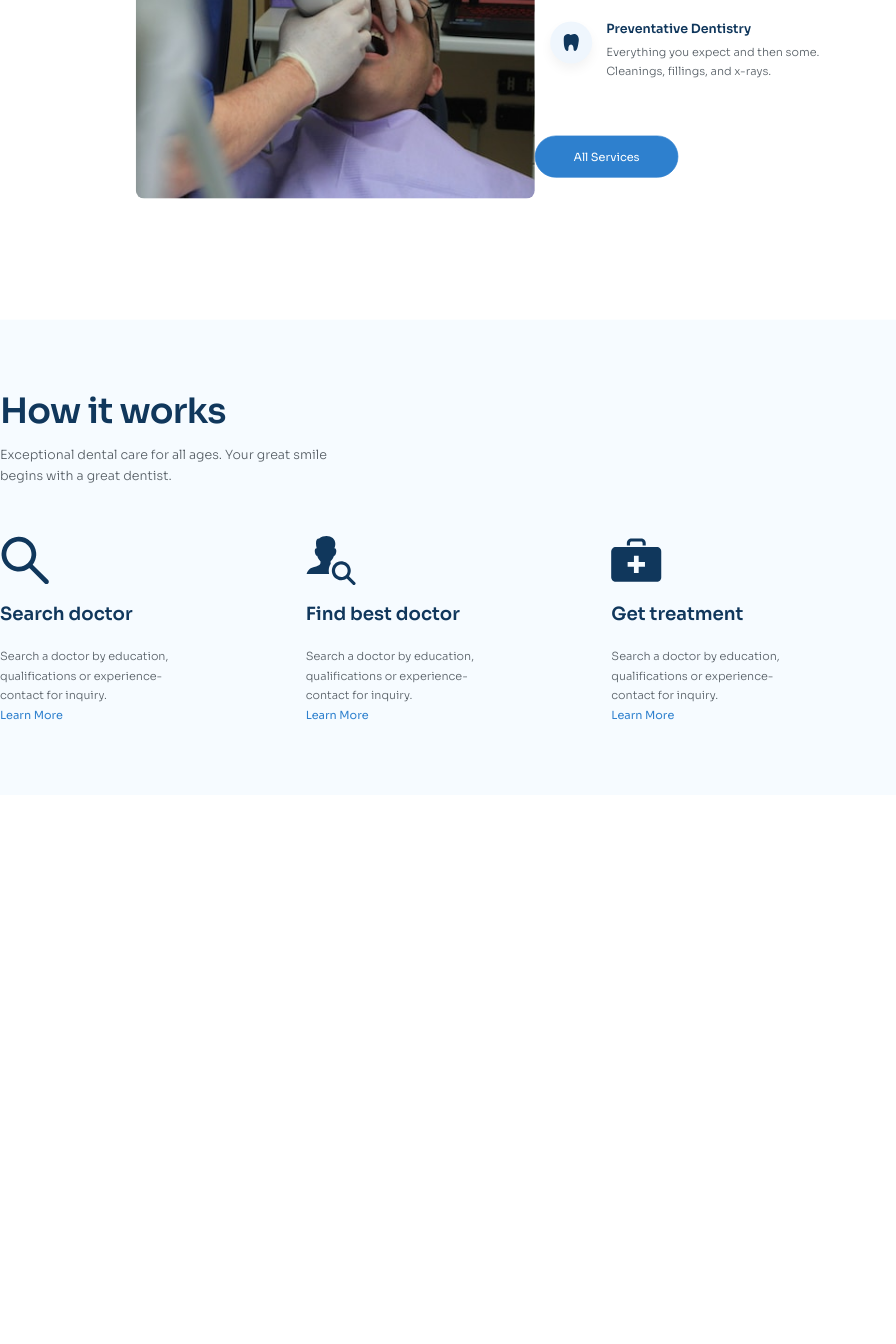
Repository: dongnguyen2112/htmlcss-project-03
Page: index.html
These files come from the project's save history. The page is drawn as it stood at one moment and after the next save; the edit follows.
The browser window is 1280 px wide. The pictures show the part of the page from y = 1384 to 3304 px (the page is 5720 px tall), at 70% of full size.

Above is the page before, as saved 2023-08-01 17:25:27.

### index.html
<!DOCTYPE html>
<html lang="en">
    <head>
        <meta charset="UTF-8" />
        <meta name="viewport" content="width=device-width, initial-scale=1.0" />
        <title>Shine Smile</title>
        <!-- Favicons -->
        <link
            rel="apple-touch-icon"
            sizes="57x57"
            href="./assets/favicon/apple-icon-57x57.png"
        />
        <link
            rel="apple-touch-icon"
            sizes="60x60"
            href="./assets/favicon/apple-icon-60x60.png"
        />
        <link
            rel="apple-touch-icon"
            sizes="72x72"
            href="./assets/favicon/apple-icon-72x72.png"
        />
        <link
            rel="apple-touch-icon"
            sizes="76x76"
            href="./assets/favicon/apple-icon-76x76.png"
        />
        <link
            rel="apple-touch-icon"
            sizes="114x114"
            href="./assets/favicon/apple-icon-114x114.png"
        />
        <link
            rel="apple-touch-icon"
            sizes="120x120"
            href="./assets/favicon/apple-icon-120x120.png"
        />
        <link
            rel="apple-touch-icon"
            sizes="144x144"
            href="./assets/favicon/apple-icon-144x144.png"
        />
        <link
            rel="apple-touch-icon"
            sizes="152x152"
            href="./assets/favicon/apple-icon-152x152.png"
        />
        <link
            rel="apple-touch-icon"
            sizes="180x180"
            href="./assets/favicon/apple-icon-180x180.png"
        />
        <link
            rel="icon"
            type="image/png"
            sizes="192x192"
            href="./assets/favicon/android-icon-192x192.png"
        />
        <link
            rel="icon"
            type="image/png"
            sizes="32x32"
            href="./assets/favicon/favicon-32x32.png"
        />
        <link
            rel="icon"
            type="image/png"
            sizes="96x96"
            href="./assets/favicon/favicon-96x96.png"
        />
        <link
            rel="icon"
            type="image/png"
            sizes="16x16"
            href="./assets/favicon/favicon-16x16.png"
        />
        <link rel="manifest" href="./assets/favicon/manifest.json" />
        <meta name="msapplication-TileColor" content="#ffffff" />
        <meta
            name="msapplication-TileImage"
            content="./assets/favicon/ms-icon-144x144.png"
        />
        <meta name="theme-color" content="#ffffff" />
        <!-- Font Sora -->
        <link rel="preconnect" href="https://fonts.googleapis.com" />
        <link rel="preconnect" href="https://fonts.gstatic.com" crossorigin />
        <link
            href="https://fonts.googleapis.com/css2?family=Sora:wght@300;400;500;600;700&display=swap"
            rel="stylesheet"
        />
        <!-- Reset CSS -->
        <link rel="stylesheet" href="./assets/css/reset.css" />
        <link rel="stylesheet" href="./assets/css/styles.css" />
    </head>
    <body>
        <header class="header">
            <div class="container">
                <!-- Header-top -->
                <div class="header-top">
                    <!-- Logo -->
                    <a href="/">
                        <div class="logo">
                            <span class="logo__circle"></span>
                            <span class="logo__text">
                                <span class="logo__brand">Shine</span>
                                <span class="logo__brand logo__brand--small">
                                    smile
                                </span>
                            </span>
                        </div>
                    </a>
                    <!-- Navbar -->
                    <nav class="navbar">
                        <ul class="navbar__list">
                            <li class="navbar__item">
                                <a
                                    href="#!"
                                    class="navbar__link navbar__link--active"
                                    >Home</a
                                >
                            </li>
                            <li class="navbar__item">
                                <a href="#!" class="navbar__link">Services</a>
                            </li>
                            <li class="navbar__item">
                                <a href="#!" class="navbar__link">About</a>
                            </li>
                            <li class="navbar__item">
                                <a href="#!" class="navbar__link">Doctors</a>
                            </li>
                        </ul>
                    </nav>
                    <!-- Action -->
                    <div class="header-action">
                        <a href="#!" class="header-action__login">Log In</a>
                        <a href="#!" class="btn header-action__signup"
                            >Sign Up</a
                        >
                    </div>
                </div>
                <!-- Hero -->
                <section class="hero">
                    <!-- Hero-content -->
                    <section class="hero__content">
                        <h1 class="hero__heading">
                            Exceptional dental care for all ages.
                        </h1>
                        <p class="hero__desc">
                            Exceptional dental care for all ages. Your great
                            smile begins with a great dentist.
                        </p>
                        <div class="hero__row">
                            <a href="" class="btn">Book Online</a>
                            <span class="hero__phone"
                                >or call (123) 456-7890</span
                            >
                        </div>
                    </section>
                    <!-- Hero-media -->
                    <section class="hero__media">
                        <figure class="hero__images">
                            <img
                                src="./assets/img/hero-01.jpg"
                                alt=""
                                class="hero__img"
                            />
                            <img
                                src="./assets/img/hero-02.jpg"
                                alt=""
                                class="hero__img"
                            />
                        </figure>
                    </section>
                </section>
            </div>
        </header>
        <main style="height: 5000px">
            <!-- Service -->
            <section class="service">
                <div class="container">
                    <h1 class="service__heading section-heading">
                        Our services
                    </h1>
                    <p class="service__desc section-desc">
                        Exceptional dental care for all ages. Your great smile
                        begins with a great dentist.
                    </p>
                    <div class="service__row">
                        <figure>
                            <img
                                src="./assets/img/service.jpg"
                                alt=""
                                class="service__img"
                            />
                        </figure>
                        <div>
                            <div class="service__list">
                                <!-- Service Item 1 -->
                                <section class="service-item">
                                    <div class="service-item__icon">
                                        <svg
                                            width="22"
                                            height="24"
                                            viewBox="0 0 22 24"
                                            fill="none"
                                            xmlns="http://www.w3.org/2000/svg"
                                        >
                                            <path
                                                d="M20.3598 2.63964C17.9506 -0.556131 14.2772 -0.568132 11.2481 1.10682C11.001 1.24657 10.7219 1.31411 10.4406 1.30222C10.1592 1.29033 9.88633 1.19945 9.65105 1.03931C8.49552 0.245717 7.29036 -0.316477 5.13904 0.207462C0.623408 1.3071 0 4.90379 0 8.99816C0.0797353 12.1602 0.500857 15.3032 1.25551 18.3683C2.11836 22.0168 3.90382 24 5.43354 24C6.96326 24 7.00963 22.2204 7.00963 20.8016C7.00963 19.2009 7.39505 14.8009 10.8642 14.8009C13.5317 14.8009 14.3333 18.4013 14.3333 20.8016C14.3329 23.095 15.1722 24 16.6628 24C19.5267 24 20.9796 15.3938 21.3719 13.1237C21.7642 10.8535 22.9882 6.12569 20.3598 2.63964Z"
                                                fill="currentColor"
                                            />
                                        </svg>
                                        <!-- Icon -->
                                    </div>
                                    <div class="service-item__body">
                                        <h3 class="service-item__heading">
                                            Oral Surgery
                                        </h3>
                                        <p class="service-item__desc">
                                            Everything you expect and then some.
                                            Cleanings, fillings, and x-rays.
                                        </p>
                                    </div>
                                </section>
                                <!-- Service Item 2 -->
                                <section class="service-item">
                                    <div class="service-item__icon">
                                        <svg
                                            width="22"
                                            height="24"
                                            viewBox="0 0 22 24"
                                            fill="none"
                                            xmlns="http://www.w3.org/2000/svg"
                                        >
                                            <path
                                                d="M20.3598 2.63964C17.9506 -0.556131 14.2772 -0.568132 11.2481 1.10682C11.001 1.24657 10.7219 1.31411 10.4406 1.30222C10.1592 1.29033 9.88633 1.19945 9.65105 1.03931C8.49552 0.245717 7.29036 -0.316477 5.13904 0.207462C0.623408 1.3071 0 4.90379 0 8.99816C0.0797353 12.1602 0.500857 15.3032 1.25551 18.3683C2.11836 22.0168 3.90382 24 5.43354 24C6.96326 24 7.00963 22.2204 7.00963 20.8016C7.00963 19.2009 7.39505 14.8009 10.8642 14.8009C13.5317 14.8009 14.3333 18.4013 14.3333 20.8016C14.3329 23.095 15.1722 24 16.6628 24C19.5267 24 20.9796 15.3938 21.3719 13.1237C21.7642 10.8535 22.9882 6.12569 20.3598 2.63964Z"
                                                fill="currentColor"
                                            />
                                        </svg>
                                        <!-- Icon -->
                                    </div>
                                    <div class="service-item__body">
                                        <h3 class="service-item__heading">
                                            Wisdom Teeth Removal
                                        </h3>
                                        <p class="service-item__desc">
                                            Everything you expect and then some.
                                            Cleanings, fillings, and x-rays.
                                        </p>
                                    </div>
                                </section>
                                <!-- Service Item 3 -->
                                <section class="service-item">
                                    <div class="service-item__icon">
                                        <svg
                                            width="22"
                                            height="24"
                                            viewBox="0 0 22 24"
                                            fill="none"
                                            xmlns="http://www.w3.org/2000/svg"
                                        >
                                            <path
                                                d="M20.3598 2.63964C17.9506 -0.556131 14.2772 -0.568132 11.2481 1.10682C11.001 1.24657 10.7219 1.31411 10.4406 1.30222C10.1592 1.29033 9.88633 1.19945 9.65105 1.03931C8.49552 0.245717 7.29036 -0.316477 5.13904 0.207462C0.623408 1.3071 0 4.90379 0 8.99816C0.0797353 12.1602 0.500857 15.3032 1.25551 18.3683C2.11836 22.0168 3.90382 24 5.43354 24C6.96326 24 7.00963 22.2204 7.00963 20.8016C7.00963 19.2009 7.39505 14.8009 10.8642 14.8009C13.5317 14.8009 14.3333 18.4013 14.3333 20.8016C14.3329 23.095 15.1722 24 16.6628 24C19.5267 24 20.9796 15.3938 21.3719 13.1237C21.7642 10.8535 22.9882 6.12569 20.3598 2.63964Z"
                                                fill="currentColor"
                                            />
                                        </svg>
                                        <!-- Icon -->
                                    </div>
                                    <div class="service-item__body">
                                        <h3 class="service-item__heading">
                                            Preventative Dentistry
                                        </h3>
                                        <p class="service-item__desc">
                                            Everything you expect and then some.
                                            Cleanings, fillings, and x-rays.
                                        </p>
                                    </div>
                                </section>
                            </div>
                            <a href="#!" class="btn">All Services </a>
                        </div>
                    </div>
                </div>
            </section>
            <!-- Work -->
            <section class="work">
                <h2 class="section-heading">How it works</h2>
                <p class="section-desc work__desc">Exceptional dental care for all ages. Your great smile begins with a great dentist.</p>
                <div class="work__list">
                    <!-- Work Item 1 -->
                    <section class="word-item">
                        <img src="./assets/img/Icon/Orion_search.svg" alt="" class="work-item__icon">
                        <h3 class="work-item__heading">Search doctor</h3>
                        <p class="work-item__desc">Search a doctor by education, qualifications or experience-contact for inquiry.</p>
                        <a href="#!" class="work__more">Learn More</a>
                    </section>
                     <!-- Work Item 2 -->
                     <section class="word-item">
                        <img src="./assets/img/Icon/Orion_find-user.svg" alt="" class="work-item__icon">
                        <h3 class="work-item__heading">Find best doctor</h3>
                        <p class="work-item__desc">Search a doctor by education, qualifications or experience-contact for inquiry.</p>
                        <a href="#!" class="work__more">Learn More</a>
                    </section>
                     <!-- Work Item 3 -->
                     <section class="word-item">
                        <img src="./assets/img/Icon/Orion_first-aid-kit.svg" alt="" class="work-item__icon">
                        <h3 class="work-item__heading">Get treatment</h3>
                        <p class="work-item__desc">Search a doctor by education, qualifications or experience-contact for inquiry.</p>
                        <a href="#!" class="work__more">Learn More</a>
                    </section>
                </div>
            </section>
        </main>
    </body>
</html>

### assets/css/styles.css
* {
    box-sizing: border-box;
}
:root {
    --header-bg: #10375c;
}
html {
    font-size: 62.5%;
}
body {
    font-size: 1.6rem;
    font-family: "Sora", sans-serif;
}
/* Common */
.container {
    width: 1170px;
    max-width: calc(100% - 48px);
    margin: 0 auto;
}
a {
    text-decoration: none;
}
.btn {
    --height: 60px;

    color: #fff;
    background: #2e80ce;
    height: var(--height);
    padding: 0 20px;
    display: inline-block;
    line-height: var(--height);
    border-radius: 99px;
    min-width: 205px;
    text-align: center;
    font-size: 1.6rem;
    font-weight: 400;
    border: 1px solid #2e80ce;
}
.btn:hover {
    cursor: pointer;
    opacity: 0.9;
}
.section-heading {
    color: #10375c;
    font-size: 5rem;
    font-weight: 600;
    line-height: 1.2; /* 120% */
    letter-spacing: -1px;
}
.section-desc {
    margin-top: 18px;
    color: #575f66;
    font-size: 1.8rem;
    font-weight: 300;
    line-height: 1.67; /* 166.667% */
}
/* Header */
.header {
    min-height: 100vh;
    padding-top: 30px;
    background-color: var(--header-bg);
}
.logo {
    font-size: 1rem;
    position: relative;
    display: flex;
}
.logo__circle::before,
.logo__circle::after {
    content: "";
    display: inline-block;
    border-radius: 50%;
}
.logo__circle::before {
    width: 3em;
    height: 3em;
    background: #2e80ce;
}
.logo__circle::after {
    position: absolute;
    top: 1.1em;
    left: 1.1em;
    width: 1.5em;
    height: 1.5em;
    background: #fff;
}
.logo__text {
    margin-left: 0.6em;
    color: #fff;
    text-align: right;
    line-height: 1.6em;
}
.logo__brand {
    display: block;
    font-size: 1.8rem;
    font-weight: 400;
    color: #fff;
}
.logo__brand--small {
    font-size: 1.2em;
    font-weight: 300;
}

/* Header-top */
.header-top {
    display: flex;
    align-items: center;
    justify-content: space-between;
}
.navbar__list {
    display: flex;
}
.header-action__login,
.navbar__link {
    padding: 4px 21px;
    color: #c9d2da;
    font-size: 1.6rem;
    font-weight: 300;
}
.navbar__link:hover,
.navbar__link--active {
    color: #fff;
    text-shadow: 1px 0 0 currentColor;
}
.navbar__link--active::before {
    position: relative;
    top: -2px;
    left: -8px;
    content: "";
    display: inline-block;
    width: 6px;
    height: 6px;
    border-radius: 50%;
    background: #fff;
}
.header-action {
    display: flex;
    align-items: center;
}
.header-action__login {
    margin-right: 7px;
}
.header-action__signup {
    --height: 44px;
    min-width: 104px;
    text-align: center;
}
/* hero */
.hero {
    display: flex;
    margin-top: 76px;
    align-items: center;
}
.hero__content {
    flex-shrink: 0;
    width: 44%;
}
.hero__media {
    flex-grow: 1;
}
.hero__heading {
    color: #fff;
    font-size: 7rem;
    font-weight: 600;
    line-height: 1.14;
    letter-spacing: -0.02em;
}
.hero__desc {
    margin-top: 22px;
    color: #c9d2da;
    font-size: 1.8rem;
    font-weight: 300;
    line-height: 1.67;
}
.hero__row {
    display: flex;
    align-items: center;
    margin-top: 38px;
}
.hero__phone {
    color: #fff;
    text-align: center;
    font-size: 1.8rem;
    line-height: 1.67;
    margin-left: 38px;
}
.hero__images {
    display: flex;
    align-items: center;
    justify-content: flex-end;
}
.hero__img {
    width: 330px;
    height: 540px;
    border-radius: 6px;
    object-fit: cover;
}
.hero__img:first-child {
    position: relative;
    margin-right: -6px;
}
.hero__img:last-child {
    width: 210px;
    height: 410px;
}
/* Service */
.service {
    padding: 170px;
}
.service__heading,
.service__desc {
    text-align: center;
}
.service__desc {
    width: 468px;
    margin-right: auto;
    margin-left: auto;
}
.service__row {
    display: flex;
    align-items: center;
    justify-content: space-between;
    margin-top: 70px;
}
.service__img {
    width: 570px;
    height: 570px;
    border-radius: 12px;
    object-fit: cover;
}
/* Service Item */
.service-item {
    display: flex;
    width: 470px;
    padding: 22px;
    border-radius: 10px;
    background: #fff;
    transition: 0.25;
}
.service-item:hover {
    position: relative;
    box-shadow: 0px 14px 28px rgba(0, 0, 0, 0.05);
}
.service-item:hover .service-item__icon {
    background: #2e80ce;
    color: #fff;
}
.service-item__icon {
    width: 60px;
    height: 60px;
    display: flex;
    align-items: center;
    justify-content: center;
    flex-shrink: 0;
    background: #eff6fd;
    color: #10375c;
    box-shadow: 0px 8px 16px rgba(0, 0, 0, 0.05);
    border-radius: 50%;
    transition: 0.25;
}
.service-item__body {
    margin-left: 20px;
}
.service-item__heading {
    color: #10375c;
    font-size: 1.8rem;
    line-height: 1.27;
    font-weight: 600;
}
.service-item__desc {
    color: #575f66;
    margin-top: 8px;
    font-size: 1.6rem;
    font-weight: 300;
    line-height: 1.75; /* 175% */
}
.service__list {
    margin-bottom: 55px;
}
/* Work */
.work {
    background: #f6fbff;
    padding: 100px 0;
}
.work__desc {
    width: 468px;
}
.work__list {
    display: grid;
    grid-template-columns: repeat(3, 1fr);
    column-gap: 30px;
    margin-top: 70px;
}
.word-item{
    pa
    border: 16px solid #EAF6FF;
    border-radius: 4px;
}
.work-item__heading {
    margin-top: 20px;
    color: #10375c;
    font-size: 2.6rem;
    font-weight: 600;
    line-height: 1.38; /* 138.462% */
}
.work-item__desc {
    margin-top: 28px;
    width: 254px;
    color: #575f66;
    font-size: 1.6rem;
    font-weight: 300;
    line-height: 1.75; /* 175% */
}
.work__more {
    margin-top: 18px;
    color: #2e80ce;
    font-size: 1.6rem;
    font-weight: 400;
    line-height: 1.75; /* 175% */
}

Loaded but not shown: assets/css/reset.css (common file)

After the next save:
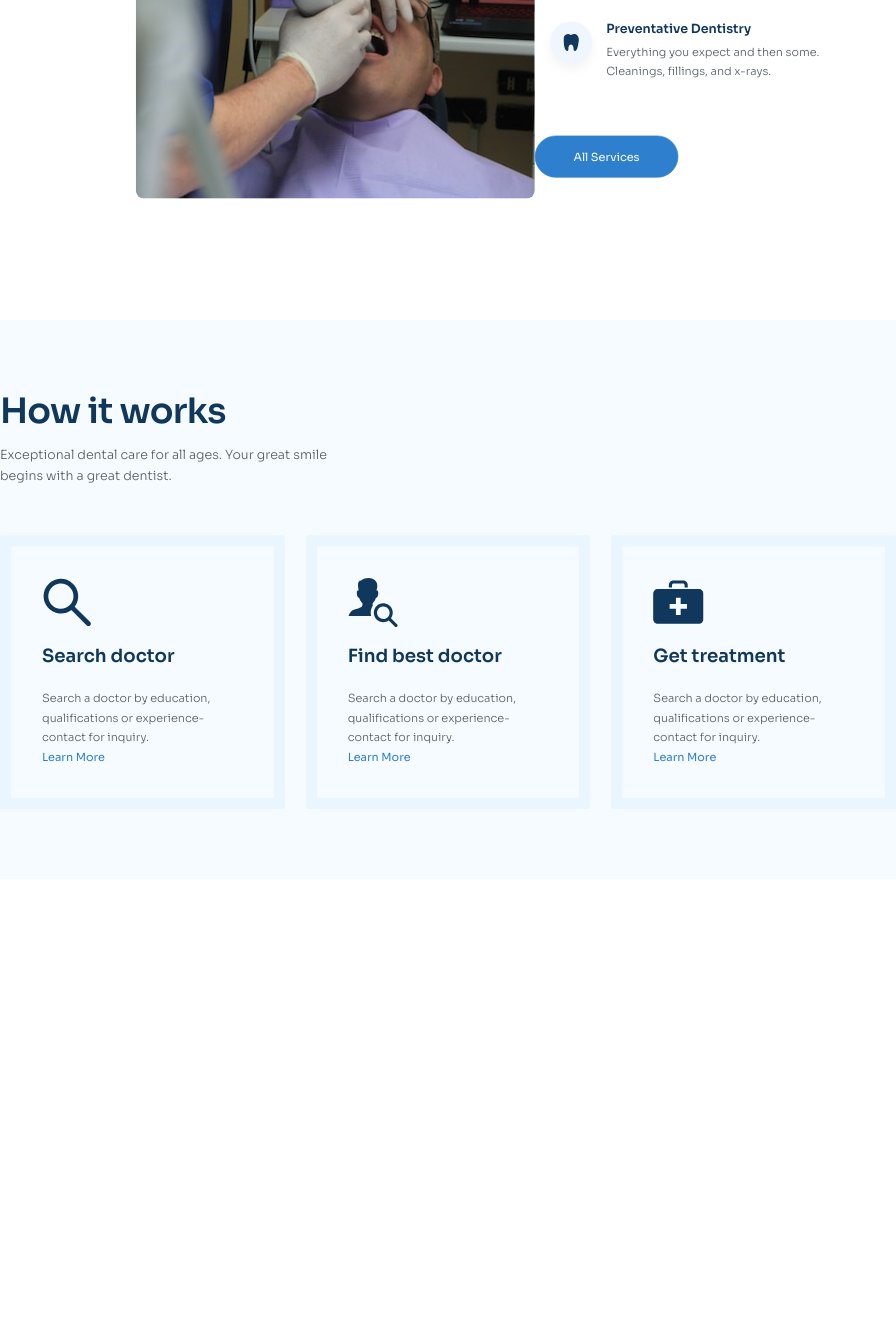
Saved 4 s later.
--- a/assets/css/styles.css
+++ b/assets/css/styles.css
@@ -292,7 +292,7 @@
     margin-top: 70px;
 }
 .word-item{
-    pa
+    padding: 44px;
     border: 16px solid #EAF6FF;
     border-radius: 4px;
 }
